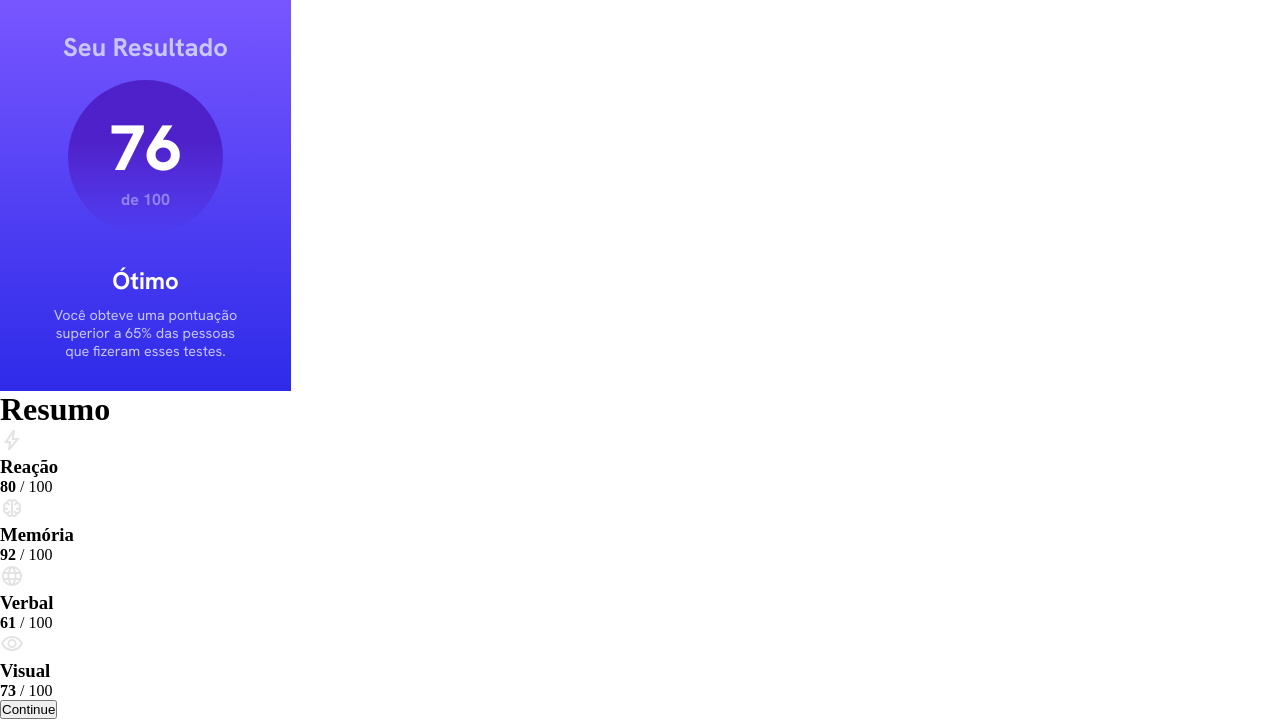
Repository: caique2512/resumo-de-resultados
Page: index.html
These files come from the project's save history. The page is drawn as it stood at one moment and after the next save; the edit follows.
The browser window is 1280 px wide. The pictures show the whole page.

Above is the page before, as saved 2026-03-09 17:07:58.

After the next save:
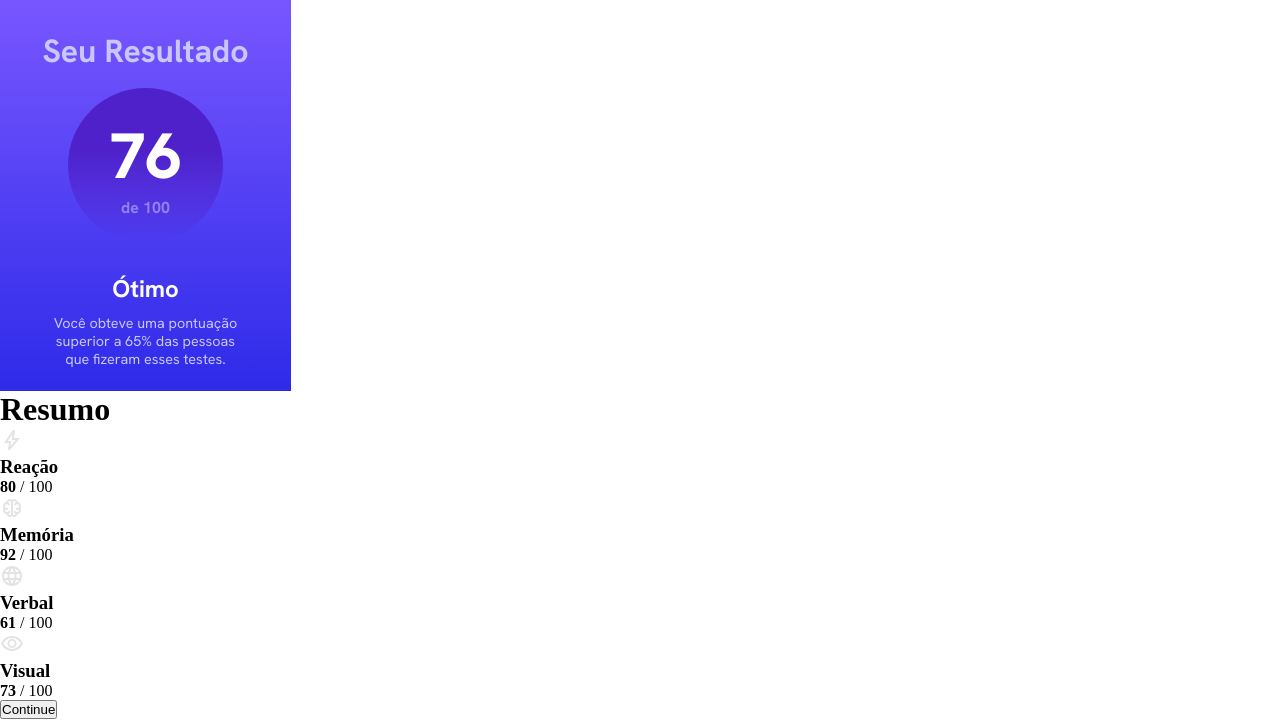
Saved 7 s later.
--- a/src/css/estilos.css
+++ b/src/css/estilos.css
@@ -14,7 +14,7 @@
     color: hsl(241, 100%, 89%);
     font-family: "Hanken Grotesk";
     margin-top: 30px;
-    font-size: 1.6rem;
+    font-size: 2rem;
 }
 
 .circulo {
